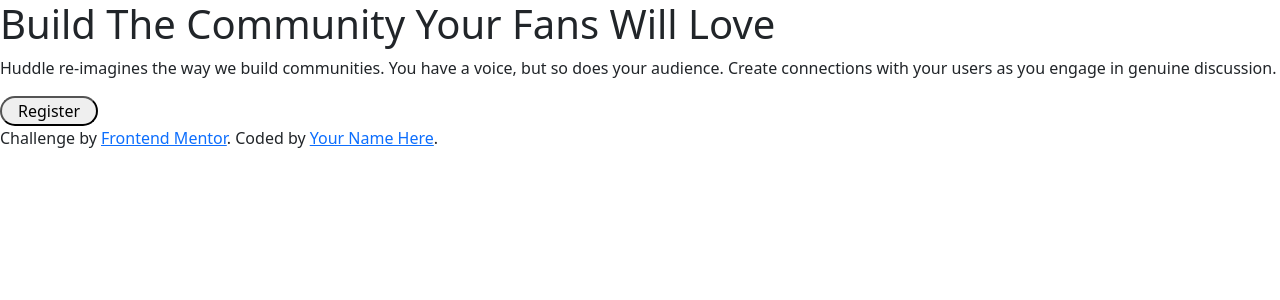
Repository: blordeus/huddle-landing-page-with-single-introductory-section-master
Page: index.html
An editor plug-in stored every save of this project. The page is shown before and after a run of saves, followed by the edit.
The browser window is 1280 px wide. The pictures show the whole page.

Above is the page before, as saved 2023-08-31 19:08:21.

### index.html
<!DOCTYPE html>
<html lang="en">
<head>
  <meta charset="UTF-8">
  <meta name="viewport" content="width=device-width, initial-scale=1.0"> <!-- displays site properly based on user's device -->

  <link rel="icon" type="image/png" sizes="32x32" href="./images/favicon-32x32.png">
  <link href="https://cdn.jsdelivr.net/npm/bootstrap@5.3.1/dist/css/bootstrap.min.css" rel="stylesheet" integrity="sha384-4bw+/aepP/YC94hEpVNVgiZdgIC5+VKNBQNGCHeKRQN+PtmoHDEXuppvnDJzQIu9" crossorigin="anonymous">

  <title>Frontend Mentor | Huddle landing page with single introductory section</title>

  <!-- Feel free to remove these styles or customise in your own stylesheet 👍 -->

</head>
<body>

  <section>
    <h1>Build The Community Your Fans Will Love</h1>
    <p>
      Huddle re-imagines the way we build communities. You have a voice, but so does your audience.
      Create connections with your users as you engage in genuine discussion.
    </p>
    <button class="rounded-pill px-3 px-1">Register</button>
  </section>

  <div>

  </div>

  <footer>
    <p class="attribution">
      Challenge by <a href="https://www.frontendmentor.io?ref=challenge" target="_blank">Frontend Mentor</a>.
      Coded by <a href="#">Your Name Here</a>.
    </p>
  </footer>
</body>
</html>

After the next 5 saves:
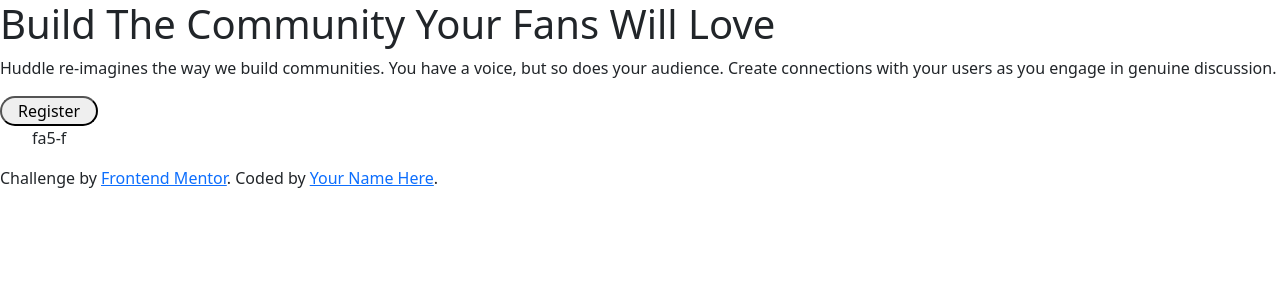
The 5 saves are shown as one change because they came seconds apart.
The last was saved 14 s later.
--- a/index.html
+++ b/index.html
@@ -24,7 +24,9 @@
   </section>
 
   <div>
-
+    <ul>
+      fa5-f
+    </ul>
   </div>
 
   <footer>
